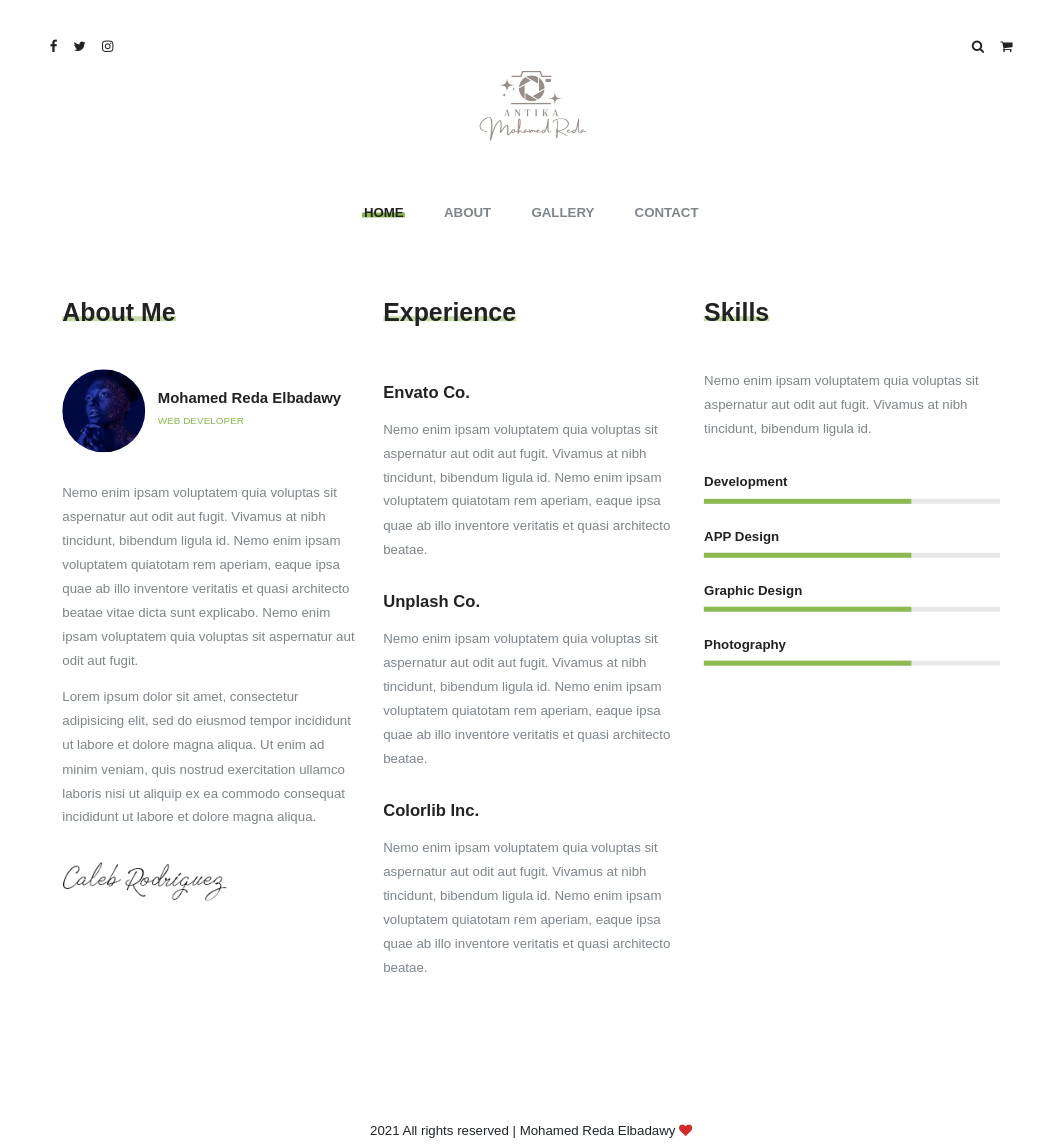
Repository: mohamedelbadawi/Simple-galley-using-laravel
Page: http://localhost/about
The author's editor kept a copy of each file at every save. The page is drawn from the files as they stood at one save, then again after the next save.
The browser window is 1280 px wide. The pictures show the whole page, at 83% of full size.
The page is served by the project's Laravel application, run on PHP 8.4 with Laravel 8. Other server files are loaded and not shown.

Above is the page before, as saved 2021-09-02 00:26:57.

### Gallery/routes/web.php
<?php

use App\Http\Controllers\AlbumsController;
use App\Http\Controllers\ContactController;
use App\Http\Controllers\FrontController;
use App\Http\Controllers\PhotosController;
use Illuminate\Support\Facades\Auth;
use Illuminate\Support\Facades\Route;

/*
|--------------------------------------------------------------------------
| Web Routes
|--------------------------------------------------------------------------
|
| Here is where you can register web routes for your application. These
| routes are loaded by the RouteServiceProvider within a group which
| contains the "web" middleware group. Now create something great!
|
 */

Route::get('/', [FrontController::class, 'albumsIndex']);
Route::get('/home', [FrontController::class, 'albumsIndex'])->name('home');

Route::get('/gallery', [FrontController::class, 'galleryIndex'])->name('gallery');
Route::post('/contact', [ContactController::class, 'storeContact'])->name('contact.store');

Route::get('/about', function () {
    return view('gallery/about');
})->name('about');

Route::get('/contact', function () {
    return view('gallery/contact');
})->name('contact');
// Route::get('/blog', function () {
//     return view('gallery/blog');
// })->name('blog');

Route::prefix('admin')->group(function () {
    Auth::routes();
    Route::get('/dashboard', function () {
        return view('admin/dashboard');
    })->name('dashboard');
    Route::get('/albums/create', [AlbumsController::class, 'create'])->name('album.create');
    Route::get('/albums', [AlbumsController::class, 'index'])->name('album.index');
    Route::post('/albums/store', [AlbumsController::class, 'store'])->name('album.store');
    Route::get('album/{id}', [AlbumsController::class, 'showImages'])->name('album.show');
    Route::post('photos/upload/{id}', [PhotosController::class, 'upload'])->name('photos.upload');
    Route::get('/contacts', [ContactController::class, 'Contacts'])->name('contact.index');
});
Route::get('/admin', function () {
    return view('admin.Dashboard');
})->middleware('auth');

### Gallery/resources/views/gallery/about.blade.php
@extends('app')

@section('content')

    <!-- About Page -->
    <section class="about__page">
        <div class="container-fluid">
            <div class="row">
                <div class="col-lg-4">
                    <div class="about__text">
                        <h3 class="about__title">About Me</h3>
                        <div class="about__meta">
                            <img src="img/profile.jpg" alt="">
                            <div class="about__meta__info">
                                <h5>Mohamed Reda Elbadawy</h5>
                                <p>web developer</p>
                            </div>
                        </div>
                        <p>Nemo enim ipsam voluptatem quia voluptas sit aspernatur aut odit aut fugit. Vivamus at nibh
                            tincidunt, bibendum ligula id. Nemo enim ipsam voluptatem quiatotam rem aperiam, eaque ipsa quae
                            ab illo inventore veritatis et quasi architecto beatae vitae dicta sunt explicabo. Nemo enim
                            ipsam voluptatem quia voluptas sit aspernatur aut odit aut fugit.</p>
                        <p>Lorem ipsum dolor sit amet, consectetur adipisicing elit, sed do eiusmod tempor incididunt ut
                            labore et dolore magna aliqua. Ut enim ad minim veniam, quis nostrud exercitation ullamco
                            laboris nisi ut aliquip ex ea commodo consequat incididunt ut labore et dolore magna aliqua.</p>
                        <img src="img/signature.png" alt="">
                    </div>
                </div>
                <div class="col-lg-4">
                    <div class="experience__text">
                        <h3 class="about__title">Experience</h3>
                        <div class="experience__item">
                            <h4>Envato Co.</h4>
                            <p>Nemo enim ipsam voluptatem quia voluptas sit aspernatur aut odit aut fugit. Vivamus at nibh
                                tincidunt, bibendum ligula id. Nemo enim ipsam voluptatem quiatotam rem aperiam, eaque ipsa
                                quae ab illo inventore veritatis et quasi architecto beatae.</p>
                        </div>
                        <div class="experience__item">
                            <h4>Unplash Co.</h4>
                            <p>Nemo enim ipsam voluptatem quia voluptas sit aspernatur aut odit aut fugit. Vivamus at nibh
                                tincidunt, bibendum ligula id. Nemo enim ipsam voluptatem quiatotam rem aperiam, eaque ipsa
                                quae ab illo inventore veritatis et quasi architecto beatae.</p>
                        </div>
                        <div class="experience__item">
                            <h4>Colorlib Inc.</h4>
                            <p>Nemo enim ipsam voluptatem quia voluptas sit aspernatur aut odit aut fugit. Vivamus at nibh
                                tincidunt, bibendum ligula id. Nemo enim ipsam voluptatem quiatotam rem aperiam, eaque ipsa
                                quae ab illo inventore veritatis et quasi architecto beatae.</p>
                        </div>
                    </div>
                </div>
                <div class="col-lg-4">
                    <div class="skills__text">
                        <h3 class="about__title">Skills</h3>
                        <p>Nemo enim ipsam voluptatem quia voluptas sit aspernatur aut odit aut fugit. Vivamus at nibh
                            tincidunt, bibendum ligula id. </p>
                        <div class="single-progress-item">
                            <h6>Development</h6>
                            <div class="progress-bar-style" data-progress="70"></div>
                        </div>
                        <div class="single-progress-item">
                            <h6>APP Design</h6>
                            <div class="progress-bar-style" data-progress="70"></div>
                        </div>
                        <div class="single-progress-item">
                            <h6>Graphic Design</h6>
                            <div class="progress-bar-style" data-progress="70"></div>
                        </div>
                        <div class="single-progress-item">
                            <h6>Photography</h6>
                            <div class="progress-bar-style" data-progress="70"></div>
                        </div>
                    </div>
                </div>
            </div>
        </div>
    </section>
    <!-- About Page end -->

@endsection

### Gallery/resources/views/app.blade.php
<!DOCTYPE html>
<html lang="zxx">

<head>
    <title>Boto | Photography HTML Template</title>
    <meta charset="UTF-8">
    <meta name="description" content="Boto Photo Studio HTML Template">
    <meta name="keywords" content="photo, html">
    <meta name="viewport" content="width=device-width, initial-scale=1.0">
    <!-- Stylesheets -->
    <link rel="stylesheet" href="css/bootstrap.min.css" />
    <link rel="stylesheet" href="css/font-awesome.min.css" />
    <link rel="stylesheet" href="css/slicknav.min.css" />
    <link rel="stylesheet" href="css/fresco.css" />
    <link rel="stylesheet" href="css/slick.css" />

    <!-- Main Stylesheets -->
    <link rel="stylesheet" href="css/style.css" />


    <!--[if lt IE 9]>
  <script src="https://oss.maxcdn.com/html5shiv/3.7.2/html5shiv.min.js"></script>
  <script src="https://oss.maxcdn.com/respond/1.4.2/respond.min.js"></script>
 <![endif]-->

</head>

<body>
    <!-- Page Preloder -->
    <div id="preloder">
        <div class="loader"></div>
    </div>

    <!-- Header Section -->
    <header class="header">
        <div class="container-fluid">
            <div class="row">
                <div class="col-sm-4 col-md-3 order-2 order-sm-1">
                    <div class="header__social">
                        <a href="#"><i class="fa fa-facebook"></i></a>
                        <a href="#"><i class="fa fa-twitter"></i></a>
                        <a href="#"><i class="fa fa-instagram"></i></a>
                    </div>
                </div>
                <div class="col-sm-4 col-md-6 order-1  order-md-2 text-center">
                    <a href="./index.html" class="site-logo">
                        <img src="img/logo.png" class="m-0" style="width: 180px; height:180px" alt="">
                    </a>
                </div>
                <div class="col-sm-4 col-md-3 order-3 order-sm-3">
                    <div class="header__switches">
                        <a href="#" class="search-switch"><i class="fa fa-search"></i></a>
                        <a href="#" class="nav-switch"><i class="fa fa-bars"></i></a>
                        <a href="#"><i class="fa fa-shopping-cart"></i></a>
                    </div>
                </div>
            </div>
            <nav class="main__menu">
                <ul class="nav__menu">
                    <li><a href="{{ route('home') }}" class="menu--active">Home</a></li>
                    <li><a href="{{ route('about') }}">About</a></li>
                    <li><a href="{{ route('gallery') }}">Gallery</a></li>
                    {{-- <li><a href="{{ route('blog') }}">Blog</a> --}}
                    </li>
                    <li><a href="{{ route('contact') }}">Contact</a></li>
                </ul>
            </nav>
        </div>
    </header>
    @yield('content')
    <footer class="footer__section">
        <div class="container">
            <div class="footer__copyright__text">
                <script>
                    document.write(new Date().getFullYear());
                </script> All rights reserved | Mohamed Reda Elbadawy <i class="fa fa-heart"
                    aria-hidden="true"></i>
            </div>
        </div>
    </footer>
    <!-- Footer Section end -->

    <!-- Search Begin -->
    <div class="search-model">
        <div class="h-100 d-flex align-items-center justify-content-center">
            <div class="search-close-switch">+</div>
            <form class="search-model-form">
                <input type="text" id="search-input" placeholder="Search here.....">
            </form>
        </div>
    </div>
    <!-- Search End -->

    <!--====== Javascripts & Jquery ======-->
    <script src="js/vendor/jquery-3.2.1.min.js"></script>
    <script src="js/jquery.slicknav.min.js"></script>
    <script src="js/slick.min.js"></script>
    <script src="js/fresco.min.js"></script>
    <script src="js/main.js"></script>

</body>

</html>

Loaded but not shown: Gallery/app/Http/Controllers/Auth/ConfirmPasswordController.php (common file); Gallery/app/Http/Controllers/Controller.php (common file); Gallery/public/css/bootstrap.min.css (library); Gallery/public/css/font-awesome.min.css (library); Gallery/public/css/slicknav.min.css (common file); Gallery/public/css/slick.css (common file); Gallery/public/js/jquery.slicknav.min.js (library); Gallery/public/js/slick.min.js (library); Gallery/public/js/fresco.min.js (library); Gallery/public/js/main.js (161 lines, source omitted); Gallery/public/css/fresco.css (1616 lines, source omitted); Gallery/public/css/style.css (1195 lines, source omitted)

After the next save:
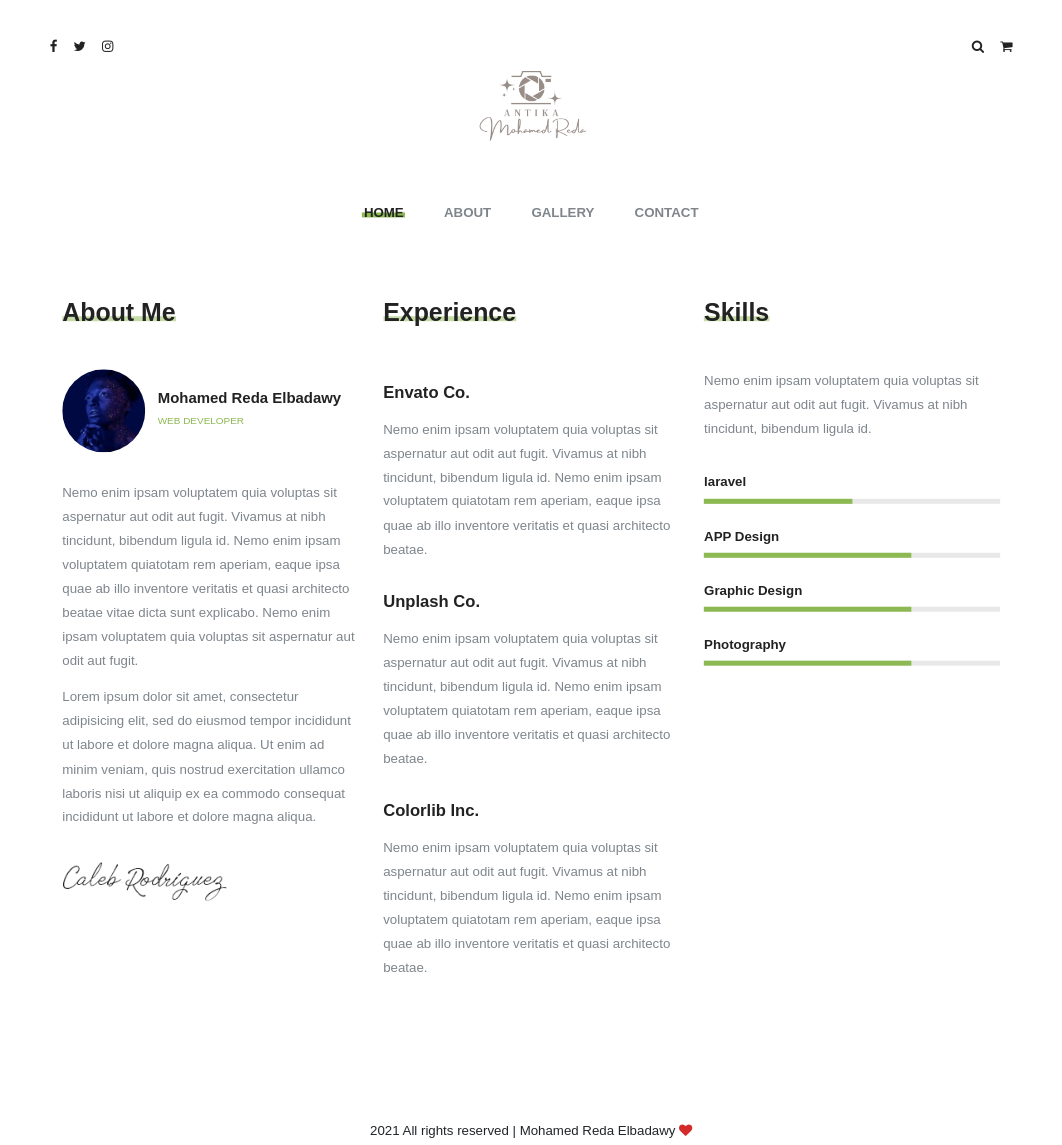
Saved 66 s later.
--- a/Gallery/resources/views/gallery/about.blade.php
+++ b/Gallery/resources/views/gallery/about.blade.php
@@ -55,8 +55,8 @@
                         <p>Nemo enim ipsam voluptatem quia voluptas sit aspernatur aut odit aut fugit. Vivamus at nibh
                             tincidunt, bibendum ligula id. </p>
                         <div class="single-progress-item">
-                            <h6>Development</h6>
-                            <div class="progress-bar-style" data-progress="70"></div>
+                            <h6>laravel</h6>
+                            <div class="progress-bar-style" data-progress="50"></div>
                         </div>
                         <div class="single-progress-item">
                             <h6>APP Design</h6>
